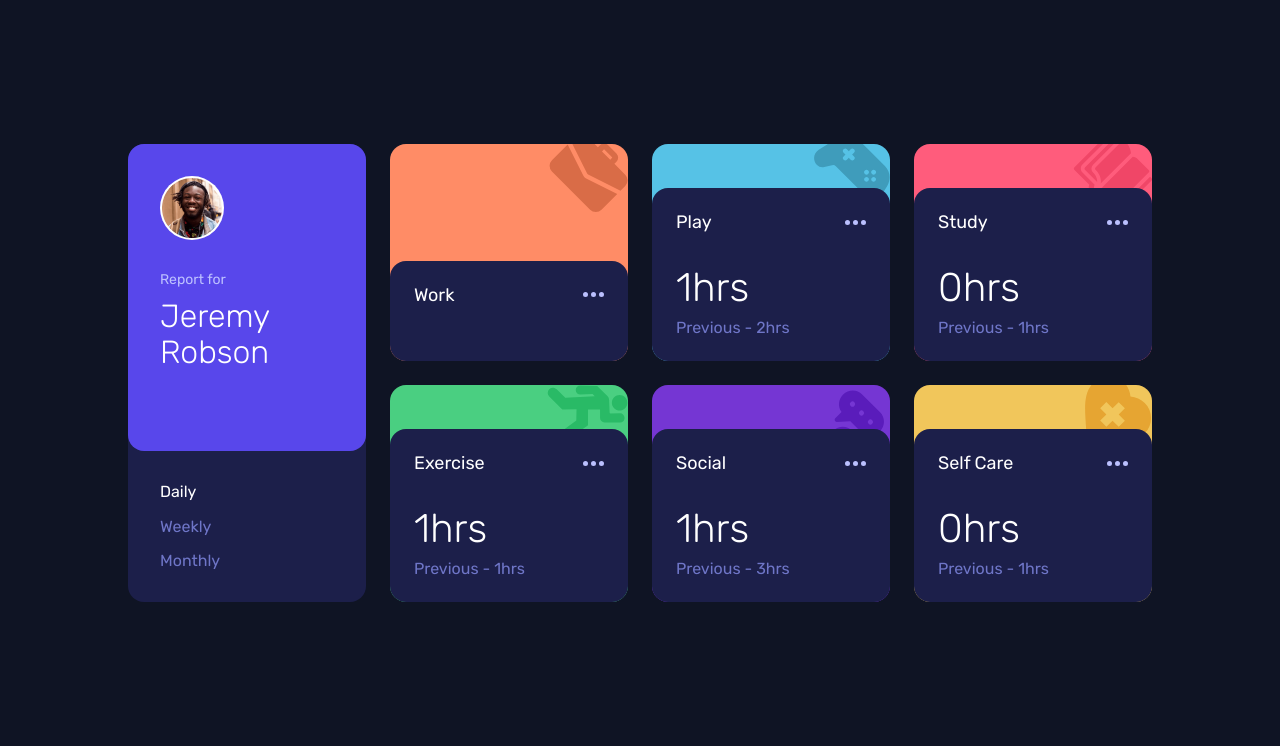
Repository: Jay-JYKim91/FM_time-tracking-dashboard
Page: index.html
The author's editor kept a copy of each file at every save. The page is drawn from the files as they stood at one save, then again after the next save.
The browser window is 1280 px wide. The pictures show the whole page.

Above is the page before, as saved 2021-12-16 22:40:14.
Console error: ReferenceError: daily_current is not defined

### index.html
<!DOCTYPE html>
<html lang="en">
<head>
  <meta charset="UTF-8">
  <meta name="viewport" content="width=device-width, initial-scale=1.0"> <!-- displays site properly based on user's device -->

  <link rel="icon" type="image/png" sizes="32x32" href="./images/favicon-32x32.png">

  <title>Time tracking dashboard</title>
  <link rel="stylesheet" href="https://cdnjs.cloudflare.com/ajax/libs/normalize/8.0.1/normalize.min.css" integrity="sha512-NhSC1YmyruXifcj/KFRWoC561YpHpc5Jtzgvbuzx5VozKpWvQ+4nXhPdFgmx8xqexRcpAglTj9sIBWINXa8x5w==" crossorigin="anonymous" referrerpolicy="no-referrer" />
  <link rel="preconnect" href="https://fonts.googleapis.com">
  <link rel="preconnect" href="https://fonts.gstatic.com" crossorigin>
  <link href="https://fonts.googleapis.com/css2?family=Rubik:wght@300;400;500&display=swap" rel="stylesheet">
  <link rel="stylesheet" href="style.css">
  <script src="main.js" defer></script>
</head>
<body>
  <section class="container">
    <article class="card profile-card">
        <div class="profile-card--name">
          <div class="profile-img-box">
            <img src="./images/image-jeremy.png" alt="jeremy" class="profile-img">
          </div>
          <p>Report for</p>
          <p class="name">Jeremy Robson</p>
        </div>
        <div class="option">
          <input type="radio" name="period" value="daily" id="daily"  data-time="date" checked>
          <label for="daily" class="change-duration" id="daily-label">Daily</label>
          <input type="radio" name="period" value="weekly" id="weekly" data-time="week">
          <label for="weekly" class="change-duration" id="weekly-label">Weekly</label>
          <input type="radio" name="period" value="monthly" id="monthly" data-time="month">
          <label for="monthly" class="change-duration" id="monthly-label">Monthly</label>
        </div>
        <!-- <ul>
          <li>Daily</li>
          <li><a href="">Weekly</a></li>
          <li><a href="">Monthly</a></li>
        </ul> -->
    </article>
    <article class="card feature-card work-bg">
      <div class="card feature-card--text">
        <div class="title-wrapper">
          <p class="title">Work</p>
          <img src="./images/icon-ellipsis.svg" alt="ellipsis">
        </div>
        <p class="time"></p>
        <p class="previous-time"></p>
      </div>
    </article>
    <article class="card feature-card play-bg">
      <div class="card feature-card--text">
        <div class="title-wrapper">
          <p class="title">Play</p>
          <img src="./images/icon-ellipsis.svg" alt="ellipsis">
        </div>
        <p class="time">1hrs</p>
        <p class="previous-time">Previous - 2hrs</p>
      </div>
    </article>
    <article class="card feature-card study-bg">
      <div class="card feature-card--text">
        <div class="title-wrapper">
          <p class="title">Study</p>
          <img src="./images/icon-ellipsis.svg" alt="ellipsis">
        </div>
        <p class="time">0hrs</p>
        <p class="previous-time">Previous - 1hrs</p>
      </div>
    </article>
    <article class="card feature-card exercise-bg">
      <div class="card feature-card--text">
        <div class="title-wrapper">
          <p class="title">Exercise</p>
          <img src="./images/icon-ellipsis.svg" alt="ellipsis">
        </div>
        <p class="time">1hrs</p>
        <p class="previous-time">Previous - 1hrs</p>
      </div>
    </article>
    <article class="card feature-card social-bg">
      <div class="card feature-card--text">
        <div class="title-wrapper">
          <p class="title">Social</p>
          <img src="./images/icon-ellipsis.svg" alt="ellipsis">
        </div>
        <p class="time">1hrs</p>
        <p class="previous-time">Previous - 3hrs</p>
      </div>
    </article>
    <article class="card feature-card self-care-bg">
      <div class="card feature-card--text">
        <div class="title-wrapper">
          <p class="title">Self Care</p>
          <img src="./images/icon-ellipsis.svg" alt="ellipsis">
        </div>
        <p class="time">0hrs</p>
        <p class="previous-time">Previous - 1hrs</p>
      </div>
    </article>
  </section>








  <!-- <div class="attribution">
    Challenge by <a href="https://www.frontendmentor.io?ref=challenge" target="_blank">Frontend Mentor</a>.
    Coded by <a href="#">Your Name Here</a>.
  </div> -->
</body>
</html>

### style.css
:root {
  --body-font: "Rubik", sans-serif;

  --blue: hsl(246, 80%, 60%);
  --light-red-work: hsl(15, 100%, 70%);
  --soft-blue-play: hsl(195, 74%, 62%);
  --light-red-study: hsl(348, 100%, 68%);
  --lime-green-exercise: hsl(145, 58%, 55%);
  --violet-social: hsl(264, 64%, 52%);
  --soft-orange-self-care: hsl(43, 84%, 65%);
  --very-dark-blue: hsl(226, 43%, 10%);
  --dark-blue: hsl(235, 46%, 20%);
  --desaturated-blue: hsl(235, 45%, 61%);
  --pale-blue: hsl(236, 100%, 87%);
}
body {
  background-color: var(--very-dark-blue);
  color: white;
  font-family: var(--body-font);
}
a {
  text-decoration: none;
  color: white;
}
p {
  margin: 0;
}
.container {
  width: 80vw;
  margin: 20vh auto;
  display: grid;
  grid-template-columns: repeat(4, 1fr);
  gap: 1.5em;
}
.card {
  border-radius: 1em;
  background-color: var(--dark-blue);
}
.profile-card {
  grid-row: 1 / 3;
}
/* .profile-card ul {
  list-style: none;
  padding-left: 2em;
  margin: 2em 0;
} */
.option {
  display: grid;
  padding: 2em;
  grid-gap: 1em;
}
.option input[type="radio"] {
  display: none;
}
.option input[type="radio"]:checked + label {
  color: white;
}
.option label {
  color: var(--desaturated-blue);
}
.profile-card--name {
  background-color: var(--blue);
  padding: 2em;
  border-radius: 1em;
}
.profile-card--name p {
  color: var(--pale-blue);
  margin: 0;
  font-size: 14px;
}
.profile-card--name .name {
  color: white;
  font-size: 2rem;
  font-weight: 300;
  margin: 0.3em 0 1.5em 0;
}
.profile-img-box {
  width: 64px;
  height: 64px;
  border-radius: 50%;
  background-color: white;
  margin-bottom: 2em;
}
.profile-img {
  width: 60px;
  margin: 2px;
}
.profile-card li {
  margin-bottom: 1em;
}
.profile-card li a {
  font-size: 18px;
  color: var(--desaturated-blue);
}
.feature-card {
  position: relative;
  background-repeat: no-repeat;
  background-position: top right;
  background-position-y: -10px;
}
.feature-card--text {
  position: absolute;
  bottom: 0;
  width: -webkit-fill-available;
  padding: 1.5em;
}
.title-wrapper {
  display: flex;
  justify-content: space-between;
  align-items: center;
}
.title-wrapper .title {
  font-size: 1.125rem;
  font-weight: 400;
  margin: 0;
}
.title-wrapper img {
  /* height: fit-content; */
}
.time {
  font-size: 2.5rem;
  margin: 0.8em 0 0.2em 0;
  font-weight: 300;
}
.previous-time {
  color: var(--desaturated-blue);
}

.work-bg {
  background-image: url("./images/icon-work.svg");
  background-color: var(--light-red-work);
}
.play-bg {
  background-image: url("./images/icon-play.svg");
  background-color: var(--soft-blue-play);
}
.exercise-bg {
  background-image: url("./images/icon-exercise.svg");
  background-color: var(--lime-green-exercise);
  background-position-y: 0;
}
.self-care-bg {
  background-image: url("./images/icon-self-care.svg");
  background-color: var(--soft-orange-self-care);
}
.social-bg {
  background-image: url("./images/icon-social.svg");
  background-color: var(--violet-social);
  background-position-y: 0;
}
.study-bg {
  background-image: url("./images/icon-study.svg");
  background-color: var(--light-red-study);
}
@media (min-width: 768px) and (max-width: 1023px) {
}

@media (max-width: 767px) {
}

### main.js

let dailyCurrentList   = [];
let dailyPreviousList  = [];
let weeklyCurrentList  = [];
let weeklyPreviousList = [];
let monthlyCurrentList = [];
let monthlyPreviousList = [];
// Get data
fetch('./data.json')
.then(response => response.json())
.then(json_data =>  {
  json_data.forEach(element => {
    // console.log(element);
    dailyCurrentList.push(element.timeframes.daily.current);
    dailyPreviousList.push(element.timeframes.daily.previous);
    weeklyCurrentList.push(element.timeframes.weekly.current);
    weeklyPreviousList.push(element.timeframes.weekly.previous);
    monthlyCurrentList.push(element.timeframes.monthly.current);
    monthlyPreviousList.push(element.timeframes.monthly.previous);
  })
})
.then(result => {
    // const def_current = document.getElementsByClassName("hours");
    // const def_previous = document.getElementsByClassName("previous-hours");
    // for (let i = 0; i < 6; i++){
    //     def_current[i].innerHTML = daily_current[i] + "hrs";
    //     def_previous[i].innerHTML = "Yesterday " + " - " + daily_previous[i] + "hrs";
    // }}
    const defaultCurrent = document.getElementsByClassName('time');
    const defaultPrevious = document.getElementsByClassName('previous-time');
    for (let i = 0; i < daily_current.length; i++) {
        defaultCurrent[i].innerText = dailyCurrentList[i] + 'hrs';
        defaultPrevious[i].innerHext = 'Yesterday' + dailyPreviousList[i] + 'hrs';
    }
})

// Display data
let periodOptionList = document.getElementsByName('period');

function displayData(period) {{
    console.log(period);
}}
periodOptionList.forEach(periodOption => {
    periodOption.addEventListener('click', function() {
        if (periodOption.checked) {
            displayData(periodOption.value);
        }
    })
})

Loaded but not shown: data.json (common file)

After the next save:
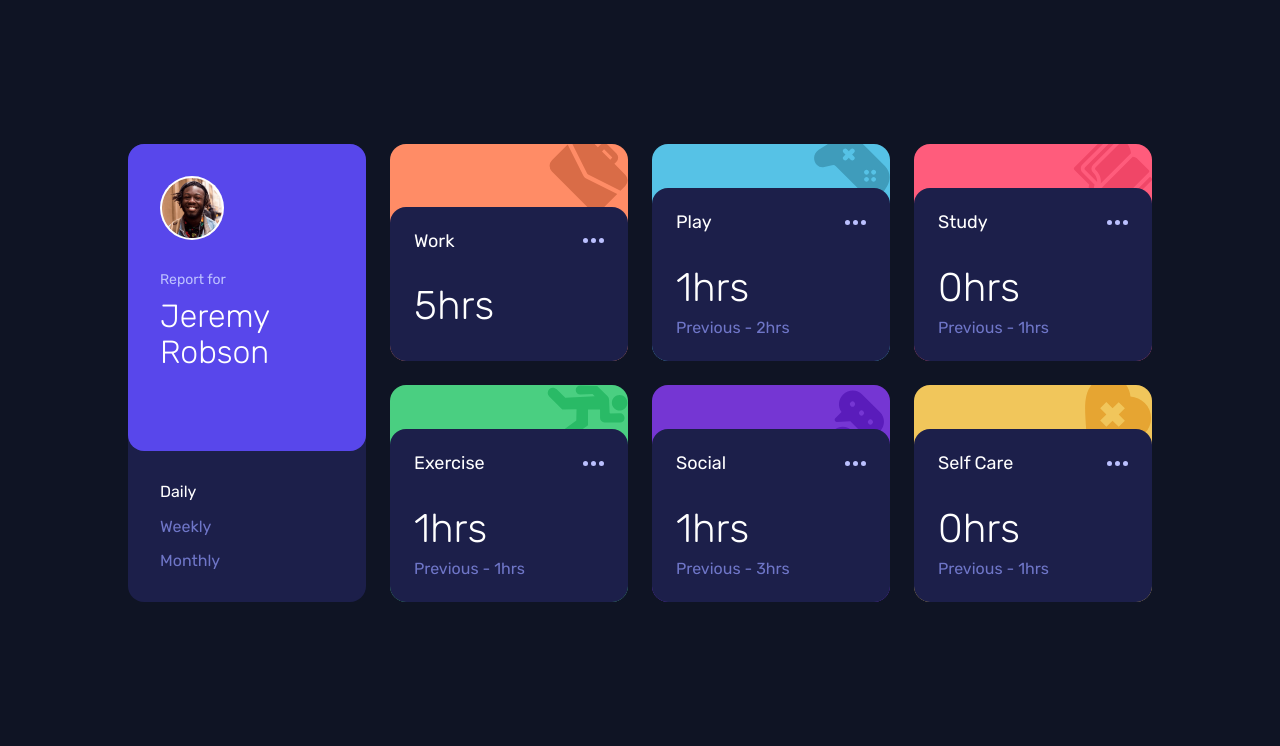
The error is gone.
Saved 14 s later.
--- a/main.js
+++ b/main.js
@@ -28,7 +28,7 @@ fetch('./data.json')
     // }}
     const defaultCurrent = document.getElementsByClassName('time');
     const defaultPrevious = document.getElementsByClassName('previous-time');
-    for (let i = 0; i < daily_current.length; i++) {
+    for (let i = 0; i < dailyCurrentList.length; i++) {
         defaultCurrent[i].innerText = dailyCurrentList[i] + 'hrs';
         defaultPrevious[i].innerHext = 'Yesterday' + dailyPreviousList[i] + 'hrs';
     }
